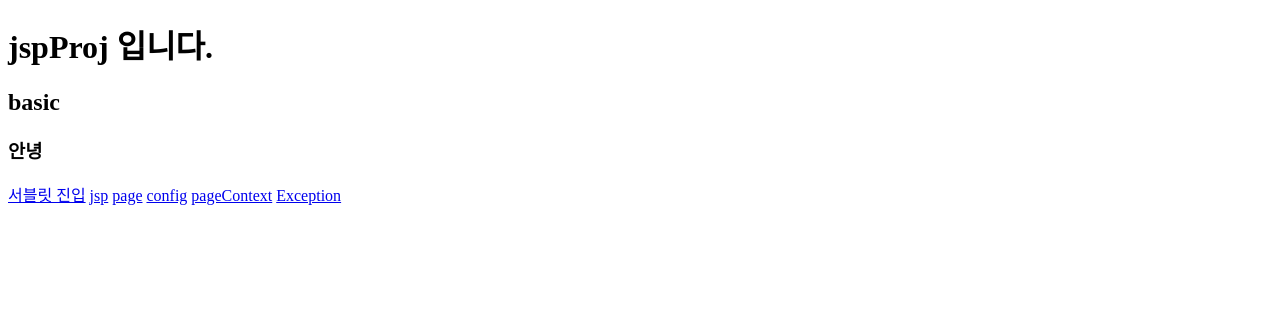
Repository: pshho/newJspProject
Page: http://localhost/JspProj/
These files come from the project's save history. The page is drawn as it stood at one moment and after the next save; the edit follows.
The browser window is 1280 px wide. The pictures show the whole page.
The page is served by Tomcat 9. Other server files are loaded and not shown.

Above is the page before, as saved 2023-07-26 00:59:38.

### JspProj/src/main/webapp/index.jsp
<%@ page language="java" contentType="text/html; charset=UTF-8"
    pageEncoding="UTF-8"%>
<!DOCTYPE html>
<html>
<head>
<meta charset="UTF-8">
<title>jspProj 입니다.</title>
</head>
<body>
	<h1>jspProj 입니다.</h1>
	<h2>basic</h2>
	<h3>안녕</h3>
	<a href="basic/First">서블릿 진입</a>
	<a href="basic/03_third.jsp">jsp</a>
	<a href="basic/04_page.jsp">page</a>
	<a href="basic/05_config.jsp">config</a>
	<a href="basic/06_pageContext.jsp">pageContext</a>
	<a href="err/aaa.jsp">Exception</a>
</body>
</html>

After the next save:
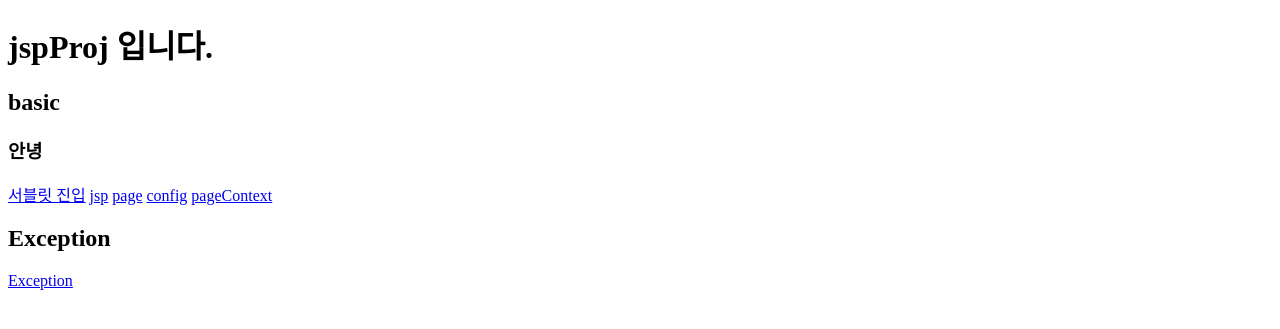
Saved 14 s later.
--- a/JspProj/src/main/webapp/index.jsp
+++ b/JspProj/src/main/webapp/index.jsp
@@ -15,6 +15,7 @@
 	<a href="basic/04_page.jsp">page</a>
 	<a href="basic/05_config.jsp">config</a>
 	<a href="basic/06_pageContext.jsp">pageContext</a>
+	<h2>Exception</h2>
 	<a href="err/aaa.jsp">Exception</a>
 </body>
 </html>
